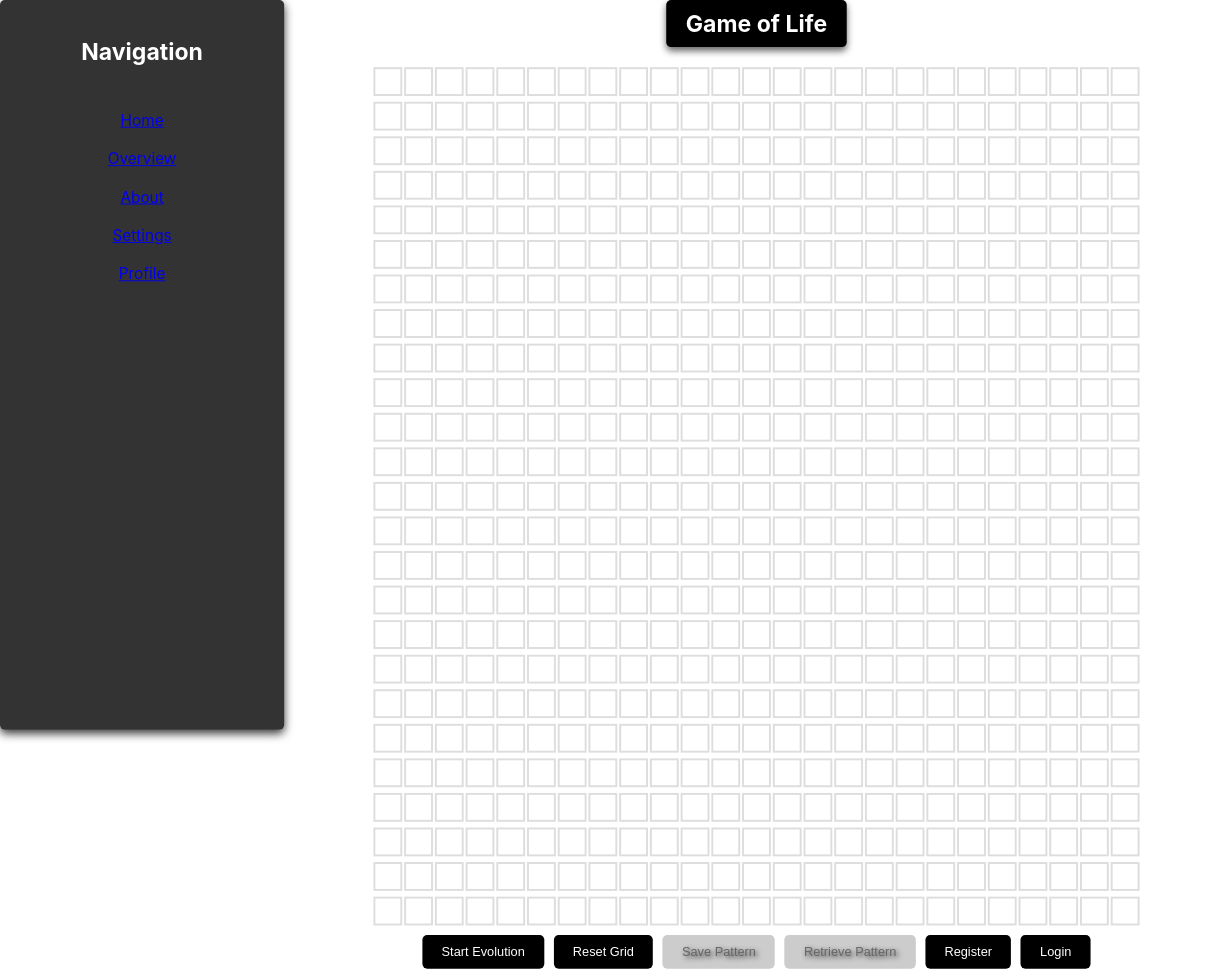
Repository: MarioDiekmann/GameOfLife
Page: /
The author's editor kept a copy of each file at every save. The page is drawn from the files as they stood at one save, then again after the next save.
The browser window is 1280 px wide. The pictures show the whole page, at 96% of full size.
The project was rebuilt for these pictures with package versions that can differ from the ones it lists, and the page was loaded fresh each time. Also part of the build but not shown: src/components/InputForm.js, src/components/LoadPatternForm.js, src/components/RegistrationForm.js, src/components/LoginForm.js, src/pages/Overview.js.

Above is the page before, as saved 2024-11-06 17:13:19.

### src/App.js
import React from 'react';
import { BrowserRouter as Router, Route, Routes } from 'react-router-dom';
import Game from './components/Game';
import Overview from './pages/Overview';
import './App.css';
import {AuthProvider} from './AuthContext';


function App() {
  return (
    <AuthProvider>
    <Router>
      <div className="App">
        <Routes>
          <Route path="/" element={<Game/>} />
          <Route path="/Overview" element={<Overview/>} />
        </Routes>
      </div>
    </Router>
    </AuthProvider>
  );
}

export default App;

### src/components/Game.js
import React, { useState, useEffect, useCallback, useRef, useContext } from "react";
import Cell from "./Cell";
import axios from "axios";
import InputForm from "./InputForm";
import './Game.css';
import NavBar from "./NavBar";
import LoadPatternForm from "./LoadPatternForm";
import RegistrationForm from "./RegistrationForm";
import LoginForm from "./LoginForm";
import { AuthContext } from '../AuthContext';

const Game = () => {
    const startingsize = 25;
    const [size, setSize] = useState(startingsize);
    const [epochs, setEpochs] = useState(0);
    const [isEvolving, setIsEvolving] = useState(false);
    const [initialPattern, setInitialPattern] = useState([]);
    const [numResizes, setNumResizes] = useState(0);

    const [isFormVisible, setIsFormVisible] = useState(false); // State to control form visibility
    const [patternRequested, setPatternRequested] = useState(false);
    const [registrationRequested, setRegistrationRequested] = useState(false);
    const [loginRequested, setLoginRequested] = useState(false);
    const initGrid = () => Array.from({ length: size }, () => Array(size).fill(false));
    const [grid, setGrid] = useState(initGrid());
    const [tokenPresent, setTokenPresent] = useState(false);

    const previousGridRef = useRef(grid); // Reference to hold the previous grid

    const { isTokenExpired, handleLogout, token } = useContext(AuthContext);

    useEffect(() => {
        if (isTokenExpired || !token) {
            setTokenPresent(false);
            if (isTokenExpired) {
                alert("Your session has expired. Please log in again.");
                handleLogout();
            }
        } else {
            setTokenPresent(true);
        }
    }, [isTokenExpired, token, handleLogout]);

    const toggleCellState = (row, col) => {
        setGrid(prevGrid => {
            const newGrid = prevGrid.map((r, i) =>
                r.map((cell, j) => (i === row && j === col ? !cell : cell))
            );
            return newGrid;
        });
    };

    const resetGrid = () => {
        setIsEvolving(false);
        setEpochs(0);
        setSize(prevSize => {
            const newGrid = Array.from({ length: startingsize }, () => Array(startingsize).fill(false));
            setGrid(newGrid);
            setInitialPattern(newGrid);
            setNumResizes(0);
            return startingsize;
        });
    };

    const renderGrid = () => {
        return grid.map((row, rowIndex) => (
            <div key={rowIndex} className="row">
                {row.map((cell, colIndex) => (
                    <Cell
                        key={`${rowIndex}-${colIndex}`}
                        isAlive={cell}
                        onClick={() => toggleCellState(rowIndex, colIndex)}
                        numResizes = {numResizes}
                    />
                ))}
            </div>
        ));
    };

    const countNeighboursAlive = useCallback((row, col) => {
        let count = 0;
        for (let i = row - 1; i <= row + 1; i++) {
            for (let j = col - 1; j <= col + 1; j++) {
                if ((i >= 0 && i < size) && (j >= 0 && j < size) && !(i === row && j === col)) {
                    count += grid[i][j] ? 1 : 0;
                }
            }
        }
        return count;
    }, [grid, size]);

    const updateGrid = useCallback(() => {
        let newGrid = grid.map((row, rowIndex) =>
            row.map((cell, colIndex) => {
                const gridCount = countNeighboursAlive(rowIndex, colIndex);
                return cell ? gridCount === 2 || gridCount === 3 : gridCount === 3;
            })
        );
        setGrid(newGrid);
        return newGrid;
    }, [countNeighboursAlive, grid]);

    const saveInitialPattern = () => {                                          //CAN I MAKE IT SAVE WITHOUT STARTING EVOLUTION
        const deepCopy = grid.map(row => row.slice());
        setInitialPattern(deepCopy); // Save current grid as the initial pattern
    };

    const checkEdges = useCallback(() => {
        const indicesAlive = [];
        // Check upper, right, lower, and left edges
        for (let col = 0; col < size - 2; col++) {
            if (grid[0][col] && grid[0][col + 1] && grid[0][col + 2]) {
                indicesAlive.push([0, col + 1]);
                indicesAlive.push([-1, col + 1]);
            }
        }
        for (let row = 0; row < size - 2; row++) {
            if (grid[row][size - 1] && grid[row + 1][size - 1] && grid[row + 2][size - 1]) {
                indicesAlive.push([row + 1, size - 1]);
                indicesAlive.push([row + 1, size]);
            }
        }
        for (let col = size - 1; col > 1; col--) {
            if (grid[size - 1][col] && grid[size - 1][col - 1] && grid[size - 1][col - 2]) {
                indicesAlive.push([size - 1, col - 1]);
                indicesAlive.push([size, col - 1]);
            }
        }
        for (let row = size - 1; row > 1; row--) {
            if (grid[row][0] && grid[row - 1][0] && grid[row - 2][0]) {
                indicesAlive.push([row - 1, 0]);
                indicesAlive.push([row - 1, -1]);
            }
        }
        return indicesAlive;
    }, [grid, size]);

    const expandGrid = useCallback((indicesAlive) => {
        setGrid(prevGrid => {
            const newSize = 2 * size; // Double the size
            setNumResizes(prev => prev + 1);
            const newGrid = Array.from({ length: newSize }, () => Array(newSize).fill(false));

            // Calculate the offset to center the old grid in the new one
            const rowOffset = Math.floor((newSize - size) / 2);
            const colOffset = Math.floor((newSize - size) / 2);

            // Copy the existing grid to the center of the new grid
            for (let row = 0; row < size; row++) {
                for (let col = 0; col < size; col++) {
                    if (prevGrid[row][col]) {
                        newGrid[row + rowOffset][col + colOffset] = true; // Copy with offsets
                    }
                }
            }

            // Handle indicesAlive and place the alive cells correctly
            for (const [row, col] of indicesAlive) {
                let newRow = row;
                let newCol = col;

                // Adjust row and col if they are outside the original grid
                if (row === -1) newRow = rowOffset - 1;
                if (col === -1) newCol = colOffset - 1;

                newRow += rowOffset;
                newCol += colOffset;

                // Make sure the calculated newRow and newCol are within bounds
                if (newRow >= 0 && newRow < newSize && newCol >= 0 && newCol < newSize) {
                    newGrid[newRow][newCol] = true;  // Mark the cell as alive in the new grid
                }
            }

            setSize(newSize);  // Update size to the new expanded size
            return newGrid;
        });
    }, [size]);

    const runEpoch = useCallback(() => {
        const prevGrid = previousGridRef.current;
        const newGrid = updateGrid();

        const gridsAreEqual = prevGrid.every((row, i) =>
            row.every((cell, j) => cell === newGrid[i][j])
        );

        if (gridsAreEqual) {
            setIsEvolving(false);
            alert("You reached a stillstand");
            return true;
        }

        const indicesAlive = checkEdges(); // Check if we need to expand the grid
        if (indicesAlive.length !== 0) {
            expandGrid(indicesAlive);
        }

        setEpochs(prevEpochs => prevEpochs + 1);
        previousGridRef.current = newGrid;
        return false;
    }, [checkEdges, expandGrid, updateGrid]);

    useEffect(() => {
        if (!isEvolving) return;

        const maxEpochs = 1000;
        let updatedEpochs = 0;

        const interval = setInterval(() => {
            if (updatedEpochs < maxEpochs) {
                const stillstand = runEpoch();
                if (stillstand) {
                    clearInterval(interval);
                }
                updatedEpochs++;
            } else {
                setIsEvolving(false);
                clearInterval(interval);
            }
        }, 2000);

        return () => clearInterval(interval);
    }, [isEvolving, runEpoch]);

    const startEvolution = () => {
        previousGridRef.current = grid;
        saveInitialPattern();
        setIsEvolving(!isEvolving);

    };

    const stopEvolution = () => {
        previousGridRef.current = grid;
        setIsEvolving(!isEvolving);
    };

    const retrievePattern = (pattern)=>{
        initGrid();
        setGrid(pattern);
        setInitialPattern(pattern);
        setEpochs(0);
        setIsEvolving(false);
        setPatternRequested(false);
    }

    const closeForm = () => {
        setIsFormVisible(false); // Close the save pattern form
        setPatternRequested(false); // Close the retrieve pattern form
        setRegistrationRequested(false); // Close the registration form
        setLoginRequested(false); // Close the login form
    };

    const closeLogin = () => {
        setLoginRequested(false); // Close the login form
        window.location.reload();
    };

    const makeFormVisible = () => {
        saveInitialPattern();                                       //now does it work wiout start evolution???
        setIsFormVisible(true); // Show the form to save pattern
    };

    const makeRequestVisible = () => {
        setPatternRequested(true); // Show the form to retrieve pattern
    };

    const makeRegistrationVisible = () => {
        setRegistrationRequested(true); // Show the form to register
    };

    const makeLoginVisible = () => {
        if(token){
            handleLogout();
        }
        else{
        setLoginRequested(true)}; // Show the form to log in

    };

    return (
        <div style={{ display: 'flex', height: '100vh' }}>
            <NavBar />
            <div style={{ flexGrow: 1, display: 'flex', flexDirection: 'column', alignItems: 'center' }}>
                <div className="banner">
                    <h1>Game of Life</h1>
                </div>
                <br />

                {renderGrid()}
                <div className="button-container">
    <button className="button" onClick={isEvolving ? stopEvolution : startEvolution}>
        {isEvolving ? "Stop Evolution" : "Start Evolution"}
    </button>
    <button className="button reset-btn" onClick={resetGrid}>Reset Grid</button>
    {/*<div>EPOCHS: {epochs}</div>*/}
    <button className="button" onClick={makeFormVisible} disabled={!tokenPresent}>Save Pattern</button>
    <button className="button" onClick={makeRequestVisible} disabled={!tokenPresent}> Retrieve Pattern</button>
    <button className="button" onClick={makeRegistrationVisible}>Register</button>
    <button className="button" onClick={makeLoginVisible}>{token ? "Logout" : "Login"}</button>
</div>


                {/* Show the form conditionally */}
                {isFormVisible && (
                    <div className="popup-overlay">
                        <div className="popup-content">
                            <InputForm pattern={initialPattern} onSubmit={closeForm} />
                        </div>
                    </div>
                )}
                {patternRequested && (
                    <div className="popup-overlay">
                        <div className="popup-content">
                            <LoadPatternForm onSubmit={closeForm} dataHandling={retrievePattern}  />
                        </div>
                    </div>
                )}
                {registrationRequested && (
                    <div className="popup-overlay">
                        <div className="popup-content">
                            <RegistrationForm onSubmit={closeForm} />
                        </div>
                    </div>
                )}
                {loginRequested && (
                    <div className="popup-overlay">
                        <div className="popup-content">
                            <LoginForm onSubmit={closeLogin} />
                        </div>
                    </div>
                )}
            </div>
        </div>
    );
};

export default Game;

### src/AuthContext.js
import React, { createContext, useState, useEffect, useRef, useCallback } from 'react';

export const AuthContext = createContext();

export const AuthProvider = ({ children }) => {
    const [token, setToken] = useState(localStorage.getItem('authToken'));
    const tokenRef = useRef(token);
    const expirationCheckInterval = useRef(null);

    const isTokenExpired = (token) => {
        if (!token) return true;
        try {
            const { exp } = JSON.parse(atob(token.split('.')[1]));
            return Date.now() >= exp * 1000;
        } catch (error) {
            console.error('Error checking token expiration:', error);
            return true;
        }
    };

    const handleLogout = useCallback(() => {
        console.log('Logging out, clearing token');
        localStorage.removeItem('authToken');
        setToken(null);
        tokenRef.current = null;
        clearInterval(expirationCheckInterval.current);
    }, []);

    const handleExpirationAlert = useCallback(() => {
        console.log('Session expired, alerting user');
        alert('Your session has expired. Please log in again.');
        handleLogout();
    }, [handleLogout]);

    const handleLogin = (newToken) => {
        console.log('Logging in with new token:', newToken);
        localStorage.setItem('authToken', newToken);
        setToken(newToken);
        tokenRef.current = newToken;

        // Check for expiration immediately
        if (isTokenExpired(newToken)) {
            handleExpirationAlert();
        } else {
            startExpirationCheck();
        }
    };

    const startExpirationCheck = useCallback(() => {
        console.log('Starting expiration check interval');
        clearInterval(expirationCheckInterval.current);
        expirationCheckInterval.current = setInterval(() => {
            console.log('Interval tick, checking token expiration');
            if (isTokenExpired(tokenRef.current)) {
                handleExpirationAlert();
            }
        }, 1000);
    }, [handleExpirationAlert]);

    useEffect(() => {
        console.log('useEffect triggered: token is', token);
        tokenRef.current = token;

        if (token) {
            console.log('Token is set, starting expiration check');
            startExpirationCheck();
        } else {
            console.log('No token, clearing interval');
            clearInterval(expirationCheckInterval.current);
        }

        return () => {
            console.log('Clearing interval on unmount or dependency change');
            clearInterval(expirationCheckInterval.current);
        };
    }, [token, startExpirationCheck]);

    return (
        <AuthContext.Provider value={{ token, handleLogin, handleLogout }}>
            {children}
        </AuthContext.Provider>
    );
};

### src/components/Cell.js
import React from 'react';
import './Cell.css';

const Cell = ({ isAlive, onClick, numResizes }) => {
  // Base sizes for cell dimensions and margin
  const baseSize = 30; // Base cell size when numResizes = 1
  const baseMargin = 1; // Base margin when numResizes = 1

  // Calculate cell size and margin based on numResizes
  const cellSize = baseSize / Math.pow(2, numResizes );
  const marginSize = baseMargin / Math.pow(2, numResizes );

  return (
    <div
      className={`cell ${isAlive ? 'alive' : 'dead'}`}
      onClick={onClick}
      style={{
        width: `${cellSize}px`,
        height: `${cellSize}px`,
        margin: `${marginSize}px`, // Uniform margin applied
      }}
    ></div>
  );
};

export default Cell;

### src/components/Game.css
.popup-overlay {
    position: fixed;
    top: 0;
    left: 0;
    width: 100%;
    height: 100%;
    background: rgba(0, 0, 0, 0.5); /* Semi-transparent background */
    display: flex;
    justify-content: center;
    align-items: center;
    z-index: 1000; /* Ensure it's above other content */
}

.popup-content {
    background: white;
    padding: 20px;
    border-radius: 8px;
    box-shadow: 0 4px 8px rgba(0, 0, 0, 0.1);
    width: 300px;
    z-index: 1001; /* Above the backdrop */
}

body.modal-open {
    overflow: hidden; /* Prevent scrolling when modal is open */
}

.banner {
    background-color: black;
    padding: 10px 20px; /* Adjusted padding for a tighter fit */
    display: inline-block; /* Makes the banner fit the text */
    text-align: center;
    box-shadow: 0 4px 8px rgba(0, 0, 0, 0.6);
    border-radius: 5px; /* Optional: Adds rounded corners */
}

.banner h1 {
    color: white;
    font-size: 2.5em; /* Slightly reduced font size for better fit */
    text-shadow: 2px 2px 5px rgba(0, 0, 0, 0.8);
    margin: 0; /* Removes default margin */
}



.button {
    background-color: black; /* Same as the banner background */
    color: white; /* White text for contrast */
    padding: 10px 20px; /* Padding for a better touch target */
    border: none; /* Remove default border */
    border-radius: 5px; /* Rounded corners */
    cursor: pointer; /* Pointer cursor on hover */
    margin: 5px; /* Space between buttons */
    text-shadow: 2px 2px 5px rgba(0, 0, 0, 0.8); /* Similar text shadow as the banner */
}

.button:hover {
    background-color: #333; /* Slightly lighter on hover */
}

.button:disabled {
    background-color: #ccc; /* Grey background for disabled state */
    color: #666; /* Lighter text color */
    cursor: not-allowed; /* Change cursor to indicate it's disabled */
    pointer-events: none; /* Prevent click events */
}

.button-container {
    position: relative;
    display: inline-block;
}

.tooltip-text {
    visibility: hidden;
    position: absolute;
    bottom: 125%; /* Position above the button */
    left: 50%;
    transform: translateX(-50%);
    background-color: #333;
    color: #fff;
    padding: 5px 10px;
    border-radius: 5px;
    font-size: 0.9em;
    white-space: nowrap;
    z-index: 10;
    opacity: 0;
    transition: opacity 0.3s ease;
}

.button-container:hover .tooltip-text {
    visibility: visible;
    opacity: 1;
}

### src/components/NavBar.js
import React from 'react';
import { Link } from 'react-router-dom';
import './NavBar.css';

const NavBar = () => {
    const navItems = [
        { name: "Home", path: "/" },
        { name: "Overview", path: "/Overview" },
        { name: "About", path: "/about" },
        { name: "Settings", path: "/settings" },
        { name: "Profile", path: "/profile" },
    ];

    return (
        <div className="navbar">
            <h2>Navigation</h2>
            <ul>
                {navItems.map((item, index) => (
                    <li key={index}>
                        <Link to={item.path}>{item.name}</Link>
                    </li>
                ))}
            </ul>
        </div>
    );
};

export default NavBar;

### src/pages/Overview.css
/* Overview.css */
.overview-container {
    display: flex;
    height: 100vh;
}

.navbar {
    width: 20%;
    background-color: #333;
    color: #fff;
    display: flex;
    flex-direction: column;
    align-items: center;
    padding-top: 20px;
    min-height: 100%;
}

.content {
    flex: 1;
    display: flex;
    flex-direction: column;
    align-items: center;
    padding: 20px;
}

.banner h1 {
    color: white;
    font-size: 1.5em;
    text-shadow: 1px 1px 2px rgba(0, 0, 0, 0.5);
    margin: 0;
}

.text-content {
    margin-top: 20px;
    color: #333;
    text-align: center;
    font-size: 1.2em;
}

### src/components/Cell.css
.cell {
  display: inline-flex; /* Align cells next to each other */
  border: 2px solid #ddd;
  box-sizing: border-box; /* Ensure padding and border are included in width/height */
  transition: background-color 0.3s;
}

.cell.alive {
  background-color: black; /* Green for living cells */
}

.cell.dead {
  background-color: white; /* Red for dead cells */
}

### src/components/NavBar.css
.navbar {
    background-color: black;            /* Black background */
    color: white;                       /* White text color */
    padding: 20px;                      /* Padding around the content */
    width: 200px;                       /* Set width for the navbar */
    box-shadow: 0 4px 10px rgba(0, 0, 0, 0.8); /* Add shadow */
    border-radius: 5px;                /* Rounded corners */
    height: 100%;                       /* Full height */
}

.navbar h2 {
    text-align: center;                 /* Center header text */
    margin-bottom: 20px;                /* Space below the header */
}

/* Other styles remain unchanged */


.navbar ul {
    list-style-type: none;              /* Remove default list styles */
    padding: 0;                         /* Remove padding */
}

.navbar li {
    padding: 10px;                      /* Padding for each item */
    cursor: pointer;                    /* Pointer cursor on hover */
    text-align: center;                 /* Center text */
    transition: background-color 0.3s;  /* Smooth background change */
}

.navbar li:hover {
    background-color: #444;             /* Change background on hover */
}

Loaded but not shown: public/index.html (common file); src/index.js (common file); src/index.css (common file); src/reportWebVitals.js (common file); src/App.css (common file)

After the next save:
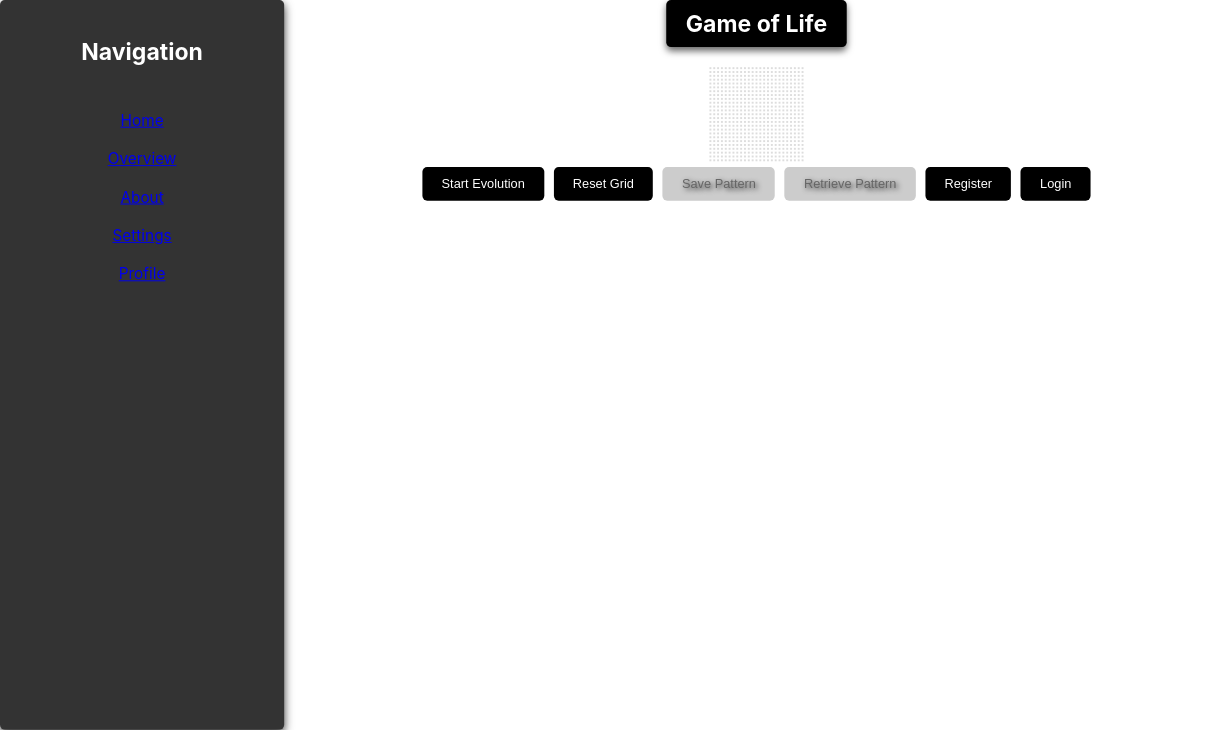
Saved 24 min 56 s later.
--- a/src/components/Game.js
+++ b/src/components/Game.js
@@ -16,6 +16,7 @@ const Game = () => {
     const [isEvolving, setIsEvolving] = useState(false);
     const [initialPattern, setInitialPattern] = useState([]);
     const [numResizes, setNumResizes] = useState(0);
+
 
     const [isFormVisible, setIsFormVisible] = useState(false); // State to control form visibility
     const [patternRequested, setPatternRequested] = useState(false);
--- a/src/components/Cell.js
+++ b/src/components/Cell.js
@@ -1,25 +1,14 @@
-import React from 'react';
-import './Cell.css';
-
-const Cell = ({ isAlive, onClick, numResizes }) => {
-  // Base sizes for cell dimensions and margin
-  const baseSize = 30; // Base cell size when numResizes = 1
-  const baseMargin = 1; // Base margin when numResizes = 1
-
-  // Calculate cell size and margin based on numResizes
-  const cellSize = baseSize / Math.pow(2, numResizes );
-  const marginSize = baseMargin / Math.pow(2, numResizes );
-
+const Cell = ({ isAlive, onClick, cellSize }) => {
   return (
-    <div
-      className={`cell ${isAlive ? 'alive' : 'dead'}`}
-      onClick={onClick}
-      style={{
-        width: `${cellSize}px`,
-        height: `${cellSize}px`,
-        margin: `${marginSize}px`, // Uniform margin applied
-      }}
-    ></div>
+      <div
+          className={`cell ${isAlive ? 'alive' : 'dead'}`}
+          onClick={onClick}
+          style={{
+              width: `${cellSize}px`,
+              height: `${cellSize}px`,
+              margin: '1px',
+          }}
+      ></div>
   );
 };
 
--- a/src/components/Game.css
+++ b/src/components/Game.css
@@ -90,3 +90,29 @@ body.modal-open {
     visibility: visible;
     opacity: 1;
 }
+
+/* Game.css */
+
+.game-container {
+    display: flex;
+    flex-direction: column;
+    align-items: center;
+    justify-content: center;
+    height: 100vh;
+    overflow: hidden;
+}
+
+.row {
+    display: flex;
+}
+
+.cell {
+    border: 1px solid #ddd;
+    transition: background-color 0.3s;
+}
+.cell.alive {
+    background-color: black;
+}
+.cell.dead {
+    background-color: white;
+}
